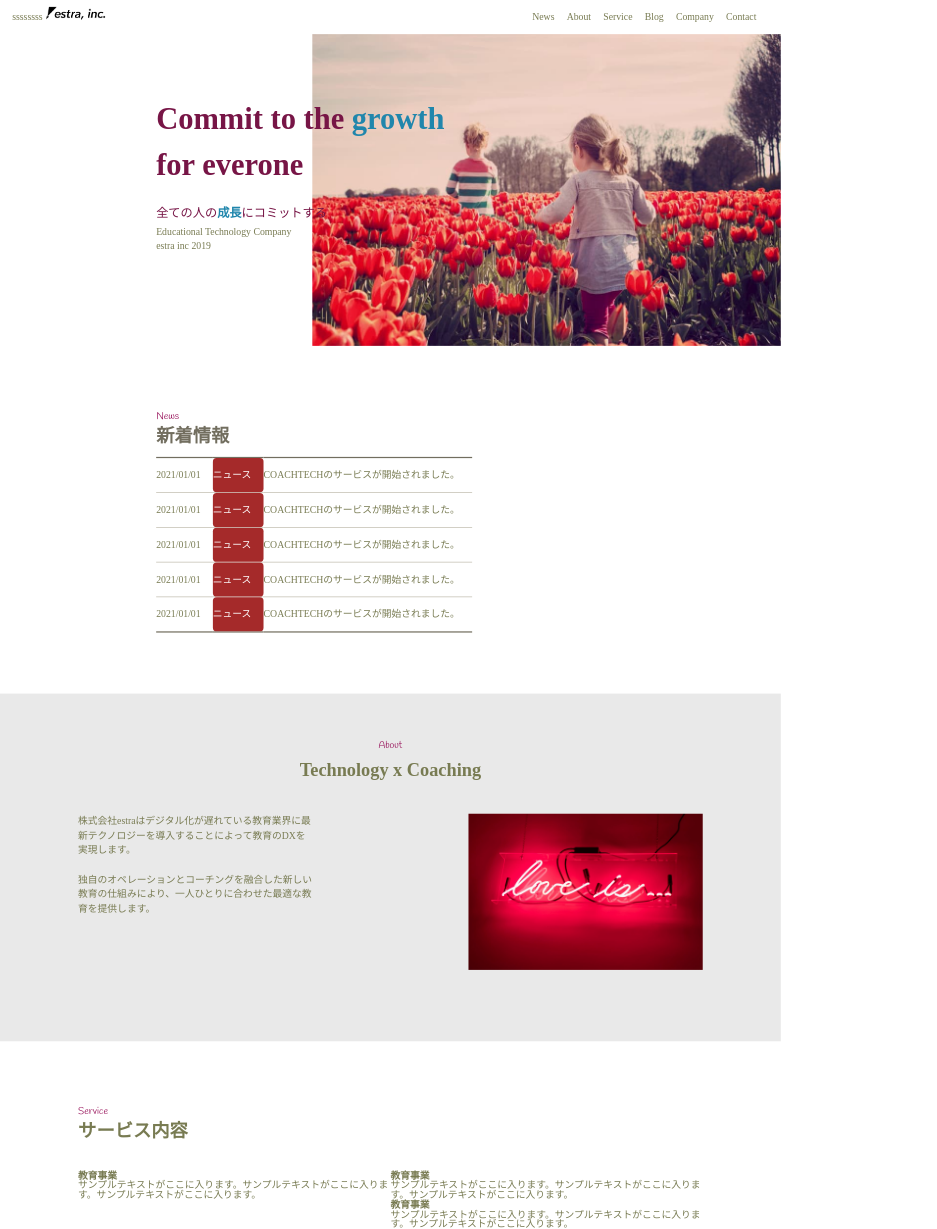
Repository: masanarimiura/20220504miura
Page: index.html
An editor plug-in stored every save of this project. The page is shown before and after a run of saves, followed by the edit.
The browser window is 1280 px wide. The page is 1536 px wide, so the pictures cover 1536 px, including what lies to the right of the window. The pictures show the whole page, at 61% of full size.
Some web fonts or font styles are not loaded; a fallback is used.

Above is the page before, as saved 2022-05-04 21:44:12.

### index.html
<!DOCTYPE html>
<html lang="ja">

<head>
  <meta charset="UTF-8">
  <meta http-equiv="X-UA-Compatible" content="IE=edge">
  <meta name="viewport" content="width=device-width, initial-scale=1.0">
  <title>20220504miura</title>
  <link rel="stylesheet" href="css/reset.css">
  <link rel="stylesheet" href="css/style.css">
  <link rel="preconnect" href="https://fonts.googleapis.com">
  <link rel="preconnect" href="https://fonts.gstatic.com" crossorigin>
  <link href="https://fonts.googleapis.com/css2?family=Gochi+Hand&display=swap" rel="stylesheet">
  <link rel="preconnect" href="https://fonts.googleapis.com">
  <link rel="preconnect" href="https://fonts.gstatic.com" crossorigin>
  <link href="https://fonts.googleapis.com/css2?family=Handlee&display=swap" rel="stylesheet">
</head>

<header class="header">
  <div class="header-inner">
    <div class="header-logo">
      <a href="">ssssssss
        <img src="img/estra_logo.png" alt="">
      </a>
    </div>
    <nav class="header-nav">
      <ul class="header-nav-list">
        <li class="header-nav-item"><a href="" class="header-nav-link">
            News
          </a></li>
        <li class="header-nav-item"><a href="" class="header-nav-link">
            About
          </a></li>
        <li class="header-nav-item"><a href="" class="header-nav-link">
            Service
          </a></li>
        <li class="header-nav-item"><a href="" class="header-nav-link">
            Blog
          </a></li>
        <li class="header-nav-item"><a href="" class="header-nav-link">
            Company
          </a></li>
        <li class="header-nav-item"><a href="" class="header-nav-link">
            Contact
          </a></li>
      </ul>
    </nav>
  </div>
</header>
<div class="firstview">
  <img src="img/firstview.jpg" alt="">
  <div class="firstview-inner">
    <h2 class="firstview-ttl">
      Commit to the <span class="firstview-text-emphasis">growth</span> <br>for everone
    </h2>
    <div class="firstview">
      <p class="firstview-text">
        全ての人の<span class="firstview-text-emphasis">成長</span>にコミットする
      </p>
      <p class="firstview-en">
        Educational Technology Company <br>estra inc 2019
      </p>
    </div>
  </div>
</div>
<div class="news">
  <p class="news-icon icon">News</p>
  <h2 class="news-ttl">新着情報
  </h2>
  <table class="news-table">
    <tr class="news-table-tr">
      <td class="news-table-date">2021/01/01</td>
      <td class="news-table-news">ニュース</td>
      <td class="news-table-text">COACHTECHのサービスが開始されました。</td>
    </tr>
    <tr class="news-table-tr">
      <td class="news-table-date">2021/01/01</td>
      <td class="news-table-news">ニュース</td>
      <td class="news-table-text">COACHTECHのサービスが開始されました。</td>
    </tr>
    <tr class="news-table-tr">
      <td class="news-table-date">2021/01/01</td>
      <td class="news-table-news">ニュース</td>
      <td class="news-table-text">COACHTECHのサービスが開始されました。</td>
    </tr>
    <tr class="news-table-tr">
      <td class="news-table-date">2021/01/01</td>
      <td class="news-table-news">ニュース</td>
      <td class="news-table-text">COACHTECHのサービスが開始されました。</td>
    </tr>
    <tr class="news-table-tr">
      <td class="news-table-date">2021/01/01</td>
      <td class="news-table-news">ニュース</td>
      <td class="news-table-text">COACHTECHのサービスが開始されました。</td>
    </tr>
  </table>
</div>
<div class="about">
  <div class="about-top">
    <div class="about-icon icon">About</div>
    <h2 class="about-ttl">Technology x Coaching</h2>
  </div>
  <div class="about-inner">
    <div class="about-text">
      <p class="about-text-content">
        株式会社estraはデジタル化が遅れている教育業界に最新テクノロジーを導入することによって教育のDXを実現します。　<br><br>
        独自のオペレーションとコーチングを融合した新しい教育の仕組みにより、一人ひとりに合わせた最適な教育を提供します。
      </p>
    </div>
    <img src="img/about.jpg" alt="">
  </div>
</div>
<div class="service">
  <div class="service-top">
    <div class="service-icon icon">Service</div>
    <h2 class="service-ttl">サービス内容</h2>
  </div>
  <div class="service-box">
    <div class="service-box1">

      <h3 class="service-box-ttl1">教育事業</h3>
      <p class="service-box-text1">サンプルテキストがここに入ります。サンプルテキストがここに入ります。サンプルテキストがここに入ります。</p>
    </div>
    <div class="service-box2">
      <h3 class="service-box-ttl2">教育事業</h3>
      <p class="service-box-text2">サンプルテキストがここに入ります。サンプルテキストがここに入ります。サンプルテキストがここに入ります。</p>
    </div>
    <div class="service-box3">
      <h3 class="service-box-ttl3">教育事業</h3>
      <p class="service-box-text3">サンプルテキストがここに入ります。サンプルテキストがここに入ります。サンプルテキストがここに入ります。</p>
    </div>
  </div>
</div>

<body>

</body>

</html>

### css/style.css
* {
  color: rgb(120, 123, 82);
}
a {
  text-decoration: none;
  color: inherit;
}
.header {
  width: 100%;
}
.header-inner {
  display: flex;
  justify-content: space-between;
  margin: 10px 20px;
}
.header img {
  width: 100px;
}
.header-nav {
  margin: 10px 20px;
}
.header-nav-list {
  display: flex;
  justify-content: center;
}
.header-nav-item:not(:last-child) {
  padding-right: 20px;
}
.firstview {
  width: 100%;
  position: relative;
}
.firstview-inner {
  position: absolute;
  top: 20%;
  left: 20%;
  width: 100%;
}
.firstview img {
  width: 60%;
  margin: 0 0 0 auto;
  display: block;
}
.firstview-ttl {
  color: rgb(119, 21, 70);
  font-size: 50px;
  font-family: "Gochi Hand", cursive;
  line-height: 1.5;
}
.firstview-text {
  color: rgb(119, 21, 70);
  font-size: 20px;
  margin-top: 30px;
}
.firstview-en {
  line-height: 1.5;
  margin-top: 10px;
}
.firstview-text-emphasis {
  color: rgb(32, 134, 172);
  font-weight: bold;
}
.news {
  margin: 100px auto 0;
  width: 60%;
}
.icon {
  color: rgb(153, 21, 92);
  font-family: "Handlee", cursive;
  line-height: 2;
}
.news-ttl {
  font-size: 30px;
  color: rgb(114, 110, 95);
}
.news-table {
  align-items: center;
  border-top: 2px solid rgb(114, 110, 95);
  border-bottom: 2px solid rgb(114, 110, 95);
  margin-top: 20px;
}
.news-table-tr {
  border-bottom: 1px solid rgb(182, 177, 160);
  padding: 30px 0;
}
.news-table-tr td {
  padding: 20px 20px 20px 0;
}
.news-table-news {
  background-color: brown;
  display: inline-block;
  padding: 1px 1px;
  border-radius: 6px;
  margin: 0 0;
  text-align: center;
  align-items: center;
  color: #fff;
}
.about {
  width: 100%;
  background-color: rgb(233, 233, 233);
  margin-top: 100px;
  line-height: 1.5;
  height: 500px;
  padding: 50px 0 20px;
}
.about-top {
  text-align: center;
  margin: 20px;
}
.about-ttl {
  font-size: 30px;
  margin-bottom: 50px;
}
.about-inner {
  display: flex;
  justify-content: space-around;
}
.about-text {
  width: 30%;
}
.about-inner img {
  width: 30%;
}
.service {
  width: 80%;
  margin: 100px auto 0;
}
.service-top {
  margin-bottom: 50px;
}
.service-ttl {
  font-size: 30px;
}
.service-box {
  display: grid;
  grid-template-rows: 50% 50%;
  grid-template-columns: 50% 50%;

}
.service-box1 {
  grid-column: 1/2;
  grid-row: 1/3;
}
.service-box2 {
  grid-column: 2/3;
  grid-row: 1/2;
}
.service-box3 {
  grid-column: 2/3;
  grid-row: 2/3;
}

Loaded but not shown: css/reset.css (common file)

After the next 2 saves:
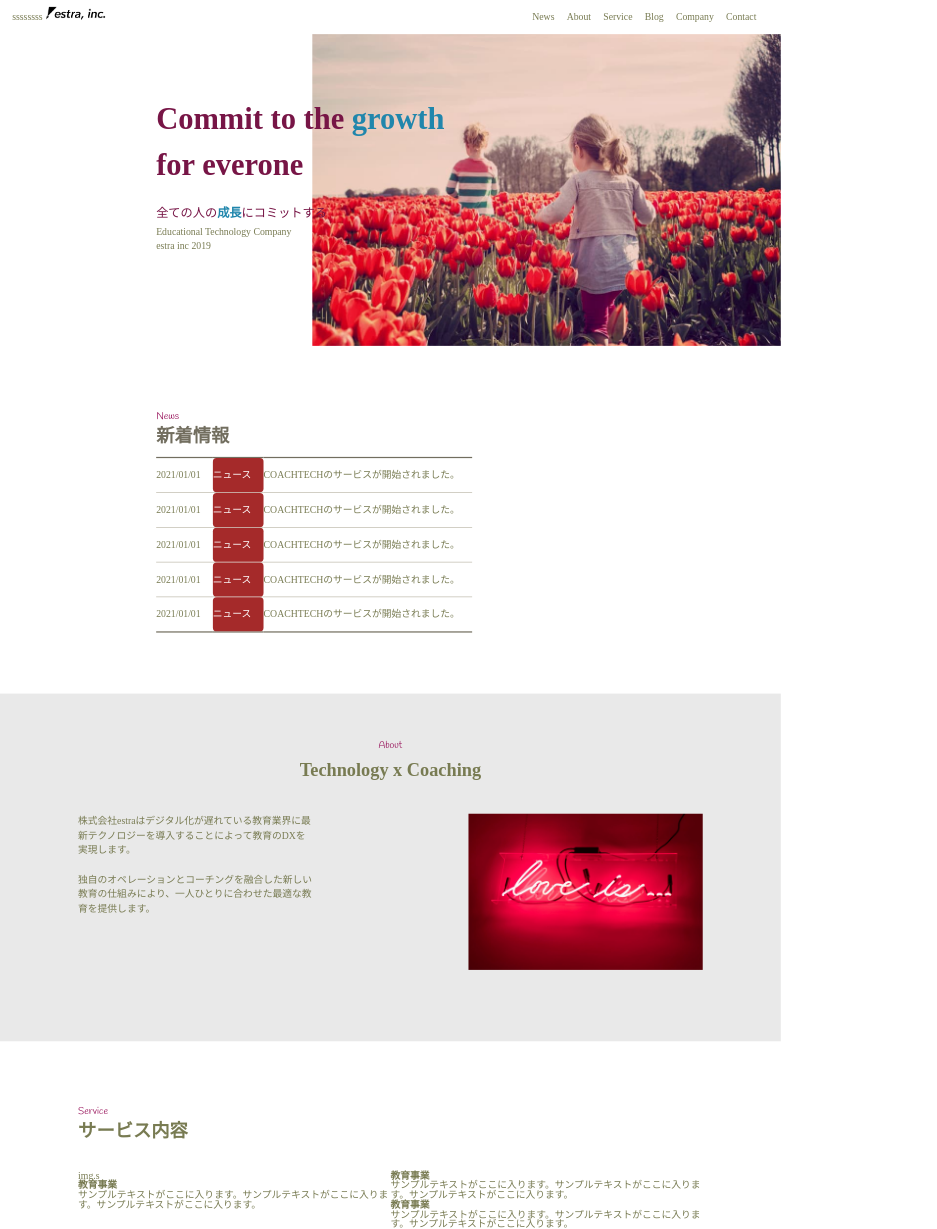
The 2 saves are shown as one change because they came seconds apart.
The last was saved 7 s later.
--- a/index.html
+++ b/index.html
@@ -117,7 +117,7 @@
   </div>
   <div class="service-box">
     <div class="service-box1">
-
+      img.s
       <h3 class="service-box-ttl1">教育事業</h3>
       <p class="service-box-text1">サンプルテキストがここに入ります。サンプルテキストがここに入ります。サンプルテキストがここに入ります。</p>
     </div>
